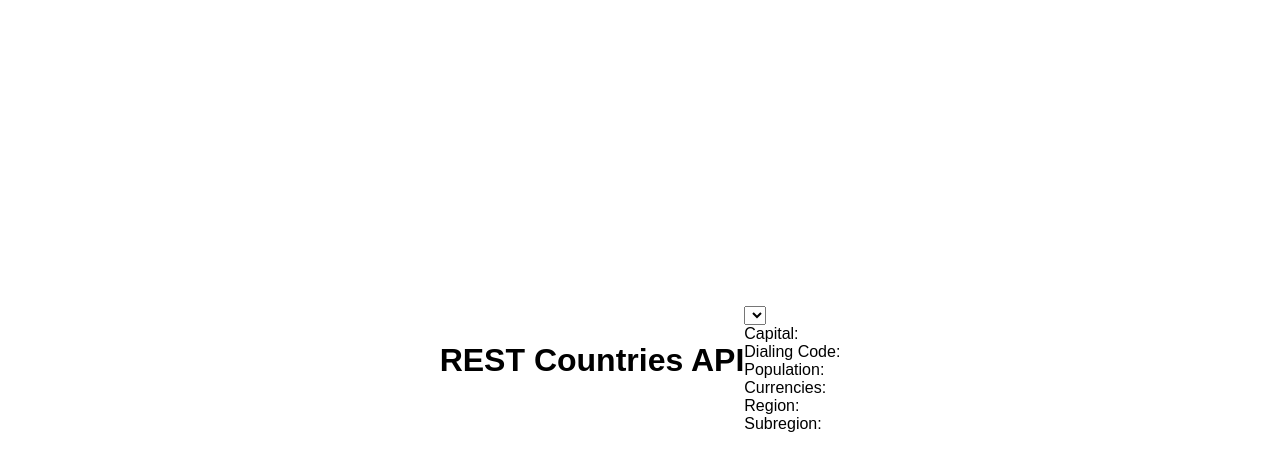
Repository: KhoaTran204/Rest-countries-api-app
Page: index.html
These files come from the project's save history. The page is drawn as it stood at one moment and after the next save; the edit follows.
The browser window is 1280 px wide. The pictures show the whole page.
The page's requests for data from a server got no answer.

Above is the page before, as saved 2024-04-14 08:13:34.

### index.html
<!DOCTYPE html>
<html lang="en">
  <head>
    <meta charset="UTF-8" />
    <meta name="viewport" content="width=device-width, initial-scale=1.0" />
    <link rel="stylesheet" href="style.css" />
    <title>Rest Countries API</title>
  </head>
  <body>
    <h1>REST Countries API</h1>
    <div id="main-container">
      <div id="flag-container">
        <img src="" alt="" />
      </div>
      <div id="info-container">
        <select id="countries"></select>
        <p>Capital: <span id="capital"></span></p>
        <p>Dialing Code: <span id="dialing-code"></span></p>
        <p>Population: <span id="population"></span></p>
        <p>Currencies: <span id="currencies"></span></p>
        <p>Region: <span id="region"></span></p>
        <p>Subregion: <span id="subregion"></span></p>
      </div>
    </div>
    <script src="app.js"></script>
  </body>
</html>

### style.css
* {
  margin: 0;
  padding: 0;
  box-sizing: border-box;
}

body {
  font-family: sans-serif;
  height: 100vh;
  display: flex;
  justify-content: center;
  align-items: center;
}

### app.js
const countrieslist = document.getElementById("countries");
let countries;

countrieslist.addEventListener("change", (event) =>
  displayCountryInfo(event.target.value)
);

// fetch("https://restcountries.com/v2/all")
//   .then(function (res) {
//     console.log(res);
//     return res.json();
//   })
//   .then(function (data) {
//     console.log(data);
//     initialize(data);
//   })
//   .catch(function (err) {
//     console.log("Lỗi: ", err);
//   });
fetch("https://restcountries.com/v2/all").then((res) => {
  res
    .json()
    .then((data) => initialize(data))
    .catch((err) => console.log("Lỗi: ", err));
});
function initialize(countriesData) {
  countries = countriesData;
  let options = "";
  //   for (let i = 0; i < countries.length; i++) {
  //     options += `<option value="${countries[i].alpha3Code}">${countries[i].name}</option>`;
  //   }
  countries.forEach(
    (country) =>
      (options += `<option value="${country.alpha3Code}">${country.name}</option>`)
  );
  //   document.getElementById("countries").innerHTML = options;
  //   document.querySelector("countries").innerHTML = options;
  countrieslist.innerHTML = options;
  countrieslist.selectedIndex = Math.floor(
    Math.random() * countrieslist.length
  );
  displayCountryInfo(countrieslist[countrieslist.selectedIndex].value);
}

function displayCountryInfo(countryByAlpha3Code) {
  const countryData = countries.find(
    (country) => country.alpha3Code === countryByAlpha3Code
  );
  console.log(countryData);
  document.querySelector("#flag-container img").src = countryData.flag;
  document.querySelector(
    "#flag-container img"
  ).alt = `Flag of ${countryData.name}`;
  document.getElementById("capital").innerHTML = countryData.capital;
  document.getElementById(
    "dialing-code"
  ).innerHTML = `+ ${countryData.callingCodes[0]}`;
  document.getElementById("population").innerHTML =
    countryData.population.toLocaleString("en-US");
  document.getElementById("currencies").innerHTML = countryData.currencies
    .filter((c) => c.name)
    .map((c) => `${c.name} (${c.code})`)
    .join(", ");
  document.getElementById("region").innerHTML = countryData.region;
  document.getElementById("subregion").innerHTML = countryData.subregion;
}

After the next save:
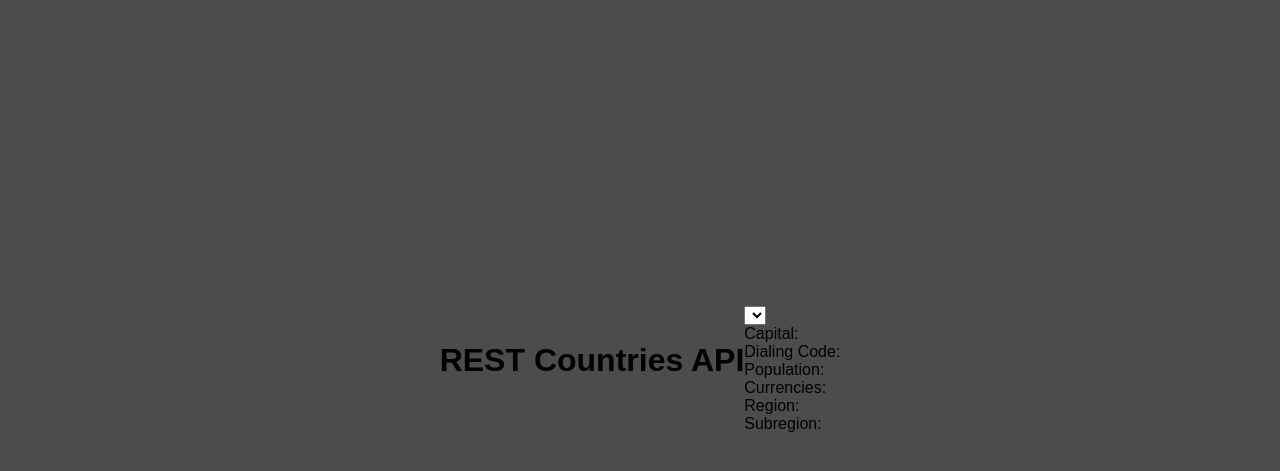
Saved 105 s later.
--- a/style.css
+++ b/style.css
@@ -10,4 +10,9 @@
   display: flex;
   justify-content: center;
   align-items: center;
+  background: linear-gradient(
+    to bottom,
+    rgba(0, 0, 0, 0.7),
+    rgba(0, 0, 0, 0.7)
+  );
 }

After the save that followed:
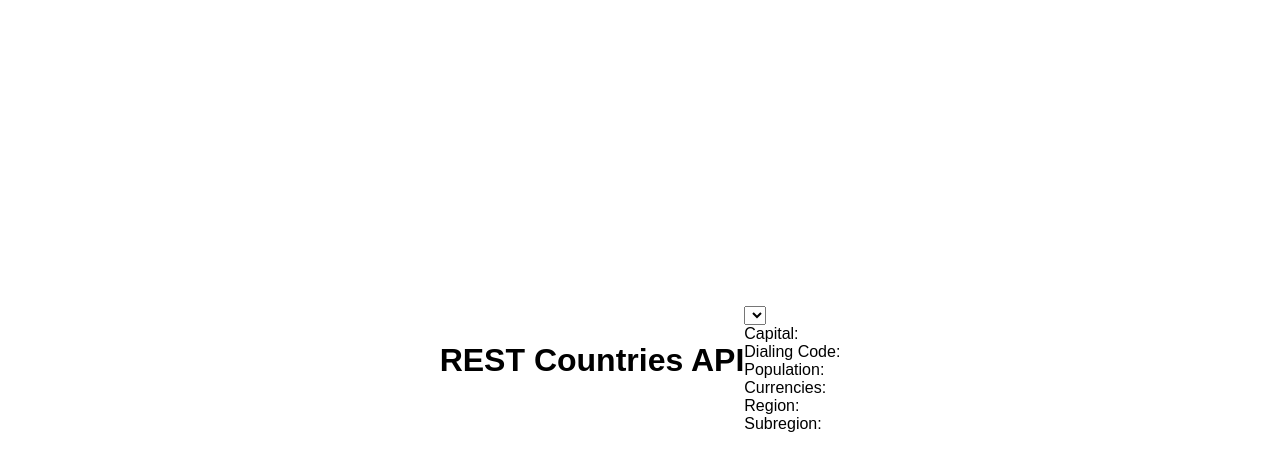
Saved 60 s later.
--- a/style.css
+++ b/style.css
@@ -13,6 +13,7 @@
   background: linear-gradient(
     to bottom,
     rgba(0, 0, 0, 0.7),
-    rgba(0, 0, 0, 0.7)
+    rgba(0, 0, 0, 0.7),
+    url()
   );
 }
